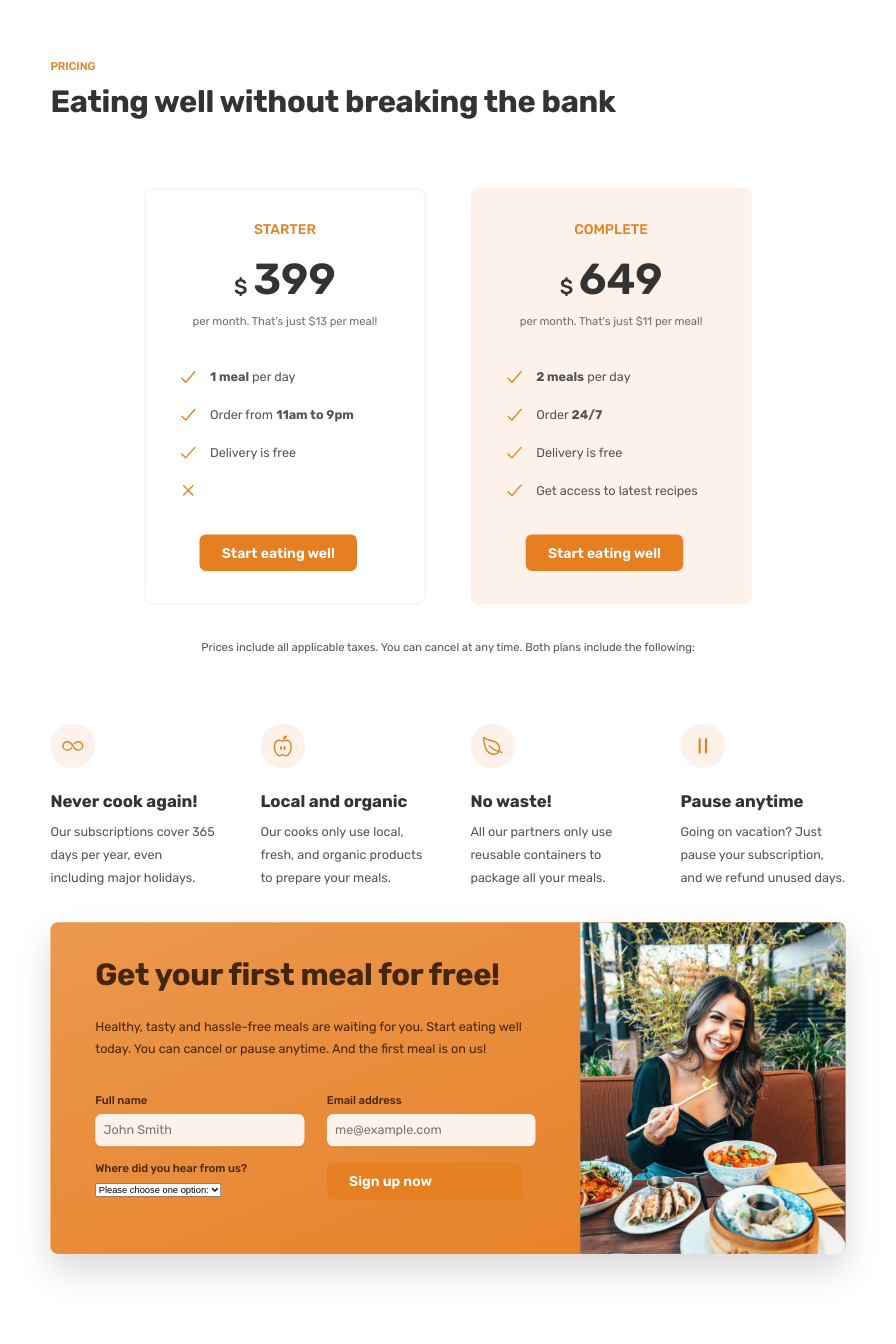
Repository: longvuht/omnifood-vu-nl
Page: index.html
An editor plug-in stored every save of this project. The page is shown before and after the next save, followed by the edit.
The browser window is 1280 px wide. The pictures show the part of the page from y = 4521 to 6441 px (the page is 6441 px tall), at 70% of full size.
The style sheet was rebuilt from its Sass, Less or Tailwind sources for each picture, by a compiler version that may differ from the author's.

Above is the page before, as saved 2022-09-20 18:45:53.

After the next save:
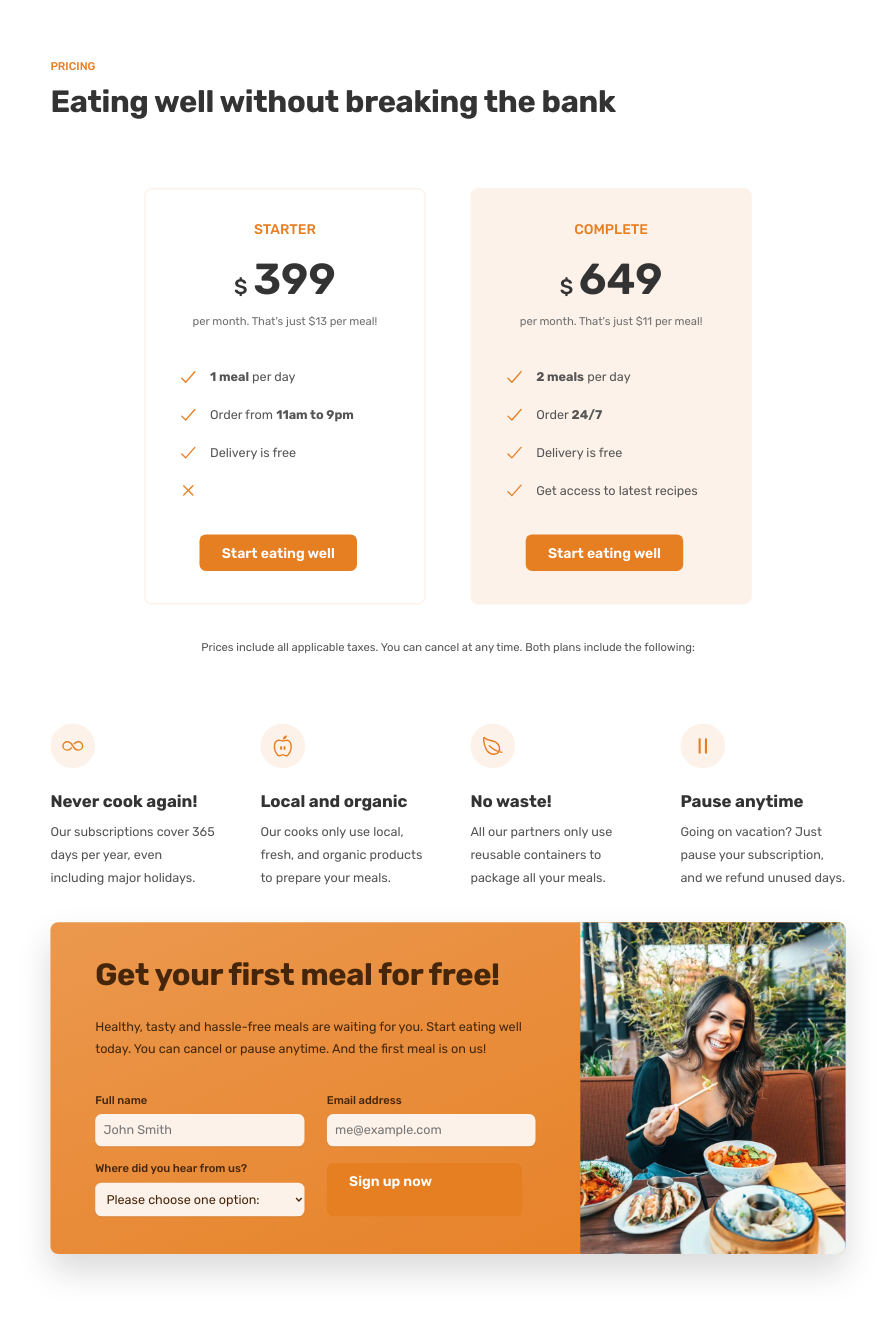
Saved 32 s later.
--- a/sass/_cta.scss
+++ b/sass/_cta.scss
@@ -33,7 +33,8 @@
       font-weight: 500;
       margin-bottom: 1.2rem;
     }
-    input {
+    input,
+    select {
       width: 100%;
       padding: 1.2rem;
       font-size: 1.8rem;
